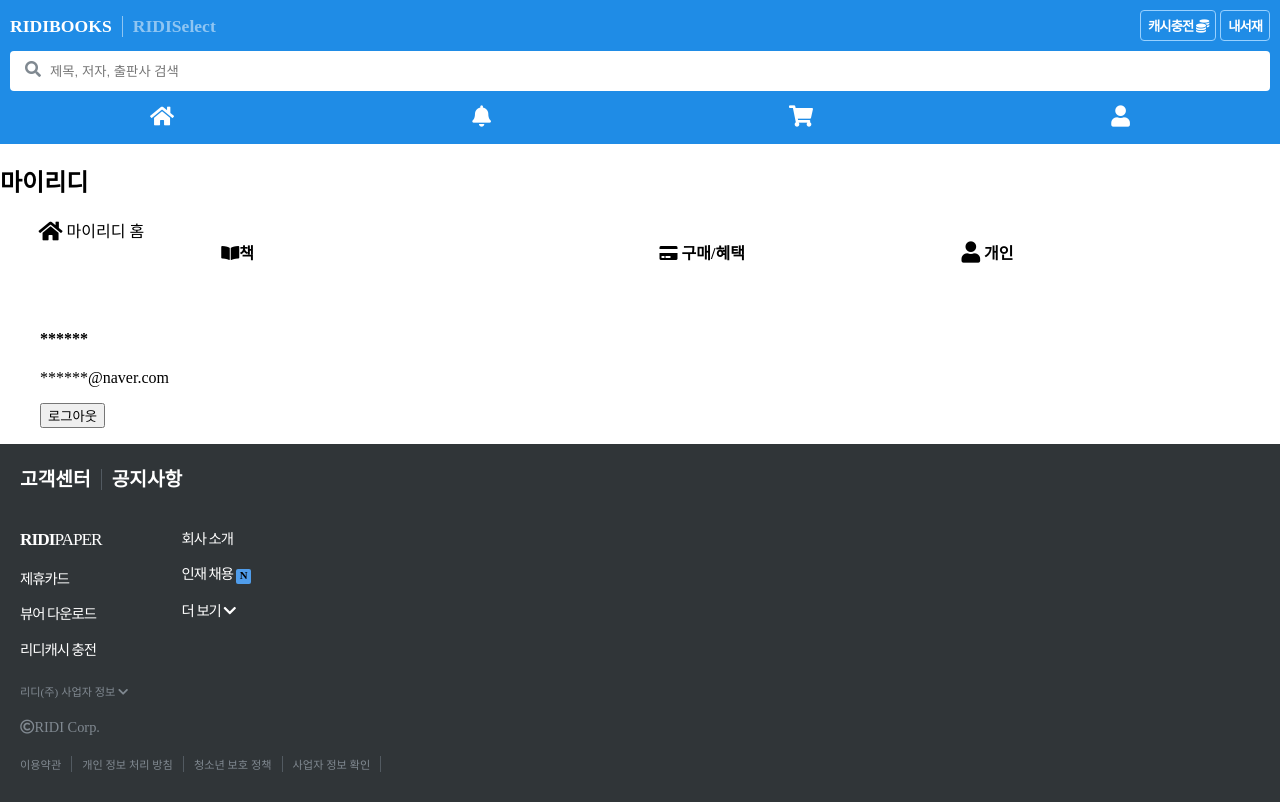
Repository: mega-teamproject/teamproject1
Page: html/myridi.html
An editor plug-in stored every save of this project. The page is shown before and after the next save, followed by the edit.
The browser window is 1280 px wide. The pictures show the whole page.

Above is the page before, as saved 2022-01-04 22:35:39.

### html/myridi.html
<!DOCTYPE html>
<html lang="ko">
  <head>
    <meta charset="UTF-8" />
    <meta http-equiv="X-UA-Compatible" content="IE=edge" />
    <meta name="viewport" content="width=device-width, initial-scale=1.0" />
    <title>마이리디</title>
    <link rel="stylesheet" href="../css/myridi.css" />
    <link
      rel="stylesheet"
      href="https://use.fontawesome.com/releases/v5.15.4/css/all.css"
      integrity="sha384-DyZ88mC6Up2uqS4h/KRgHuoeGwBcD4Ng9SiP4dIRy0EXTlnuz47vAwmeGwVChigm"
      crossorigin="anonymous"
    />
  </head>
  <body>
    <div class="container">
        <div class="header">
          <header>
            <div class="search">
              <a href="index.html"><h1>RIDIBOOKS</h1></a>
              <a href="https://select.ridibooks.com/home"><h1 id="opacity">RIDISelect</h1></a>
            </div>
            <div class="joinLogin">
              <button class="borderBtn btn" onclick="location.href='join1.html'">
                캐시충전
                <i class="fas fa-coins"></i>
              </button>
              <button class="borderBtn btn" onclick="location.href='login.html'">
                내서재
              </button>
            </div>
          </header>
          <div class="relative">
            <input type="text" placeholder="제목, 저자, 출판사 검색" />
            <span><i class="fas fa-search"></i> </span>
          </div>
          <nav>
            <ul>
              <li>
                <a href="index.html"><i class="fas fa-home fa-lg"></i></a>
              </li>
              <li>
                <a href="alarm.html"><i class="fas fa-bell fa-lg"></i></a>
              </li>
              <li>
                <a href="cart.html"><i class="fas fa-shopping-cart fa-lg"></i></a>
              </li>
              <li>
                <a href="myridi.html"><i class="fas fa-user fa-lg"></i></a>
              </li>
            </ul>
          </nav>
        </div>
        <div class="body">
          <div class="sidebar">
            <nav>
              <h2>마이리디</h2>
              <ul>
                <li>
                  <i class="fas fa-home fa-lg"></i>
                  <span> 마이리디 홈</span>
                </li>
                <li>
                  <h4><i class="fas fa-book-open"></i>책</h4>
                  <ul>
                    <li><a href="#"> 선호작품</a></li>
                    <li><a href="#"> 최근 조회한 작품</a></li>
                    <li><a href="#"> 위시리스트</a></li>
                    <li><a href="#"> 독서노트</a></li>
                    <li><a href="#"> 신간알림</a></li>
                    <li></li>
                  </ul>
                </li>
                <li>
                  <h4><i class="fas fa-credit-card"></i> 구매/혜택</h4>
                  <ul>
                    <li><a href="#">결제 내역</a></li>
                    <li><a href="#">리디캐시</a></li>
                    <li><a href="#">리디포인트</a></li>
                    <li><a href="#">쿠폰</a></li>
                  </ul>
                </li>
                <li>
                  <h4><i class="fas fa-user fa-lg"></i> 개인</h4>
                  <ul>
                    <li><a href="#">1:1 문의</a></li>
                    <li><a href="#">내 기기 관리</a></li>
                    <li><a href="#">내 리뷰 관리</a></li>
                    <li><a href="#">정보 변경</a></li>
                  </ul>
                </li>
              </ul>
            </nav>
          </div>
          <div class="section">
            <section>
              <div class="my-ridi">
                <ul>
                  <li>
                    <h4>******</h4>
                    <p>******@naver.com</p>
                    <button>로그아웃</button>
                  </li>
                  <li></li>
                  <li></li>
                  <li></li>
                </ul>
              </div>
                <div class="visited">

                </div>
            </section>
          </div>
        </div>

        <div class="footer">
            <footer>
              <div class="footer-menu1">
                <a href=""><span class="borderR">고객센터</span></a>
                <a href=""><span>공지사항</span></a>
              </div>
              <div class="footer-menu2">
                <div class="footer-wrapper1">
                  <a href="https://paper.ridibooks.com/"><p class="bigFont"><strong>RIDI</strong>PAPER</p></a>
                  <a href="#"><p>제휴카드</p></a>
                  <a href="#"><p>뷰어 다운로드</p></a>
                  <a href="https://ridibooks.com/order/checkout/cash"><p>리디캐시 충전</p></a>
                </div>
                <div class="footer-wrapper2">
                  <a href="https://www.ridicorp.com/"><p>회사 소개</p></a>
                  <a href="https://www.ridicorp.com/career/"><p>인재 채용 <span class="blue-bg">N</span></p></a>
                  <a href="#"><p>더 보기 <i class="fas fa-chevron-down"></i></p></a>
                  <a href="https://help.ridibooks.com/hc/ko/articles/360046896553"><p class="invisible">콘텐츠 제공문의</p></a>
                  <a href="https://cp.ridibooks.com/cp/login"><p class="invisible">CP 사이트</p></a>
                  <a href="mailto:biz@ridi.com"><p class="invisible">사업 제휴 문의</p></a>
                  <a href="https://help.ridibooks.com/hc/ko/articles/360058140713-RIDI-Biz-%ED%98%91%EC%97%85-%EB%AC%B8%EC%9D%98"><p class="invisible">리디셀렉트 B2B</p></a>
                </div>
              </div>
              <div class="footer-info fontColor">
                <a href="#"><p>리디(주) 사업자 정보 <i class="fas fa-chevron-down"></i></p></a>
                <p class="invisible">대표자 배기식 | 사업자 등록번호 120-87-27435</p>
                <p class="invisible">통신판매업 신고번호 제 2009-서울강남 35-02139호</p>
                <p class="invisible">이메일 help@ridi.com | 대표전화 1644-0331</p>
                <p class="invisible">주소 서울시 강남구 역삼동 702-28 어반벤치빌딩 10층(테헤란로 325)</p>
              </div>
              <div class="fontColor copyright"><i class="far fa-copyright"></i>RIDI Corp.</div>
              <div class="footer-terms fontColor">
                <a href="https://policy.ridi.com/legal/terms/"><p class="paddingL">이용약관</p></a>
                <a href="https://policy.ridi.com/legal/privacy/"><p>개인 정보 처리 방침</p></a>
                <a href="https://policy.ridi.com/legal/youth/"><p>청소년 보호 정책</p></a>
                <a href="https://ftc.go.kr/www/bizCommList.do?key=232"><p>사업자 정보 확인</p></a>
              </div>
            </footer>
          </div>
  </body>
</html>

### css/myridi.css
* {
  box-sizing: border-box;
  /* 일반로맨스판타지만화BL hover color #0077D9 */
}

body {
  margin: 0;
}

a {
  text-decoration: none;
}

.header {
  background-color: #1f8ce6;
}

header {
  display: flex;
  justify-content: space-between;
  align-items: center;
}

.search {
  display: flex;
  margin-left: 10px;
}

.search h1 {
  color: white;
  font-size: 1.1em;
  margin-right: 10px;
  margin-bottom: 0;
}

.search h1#opacity {
  opacity: 0.5;
  border-left: 1px solid;
  padding-left: 10px;
}

.joinLogin {
  margin-right: 10px;
  margin-top: 10px;
}

.joinLogin button.btn {
  border-radius: 4px;
  padding: 5px 7px;
  letter-spacing: -1px;
  font-weight: bold;
  cursor: pointer;
}

.joinLogin button.borderBtn {
  background-color: transparent;
  color: white;
  border: 1px solid #99d1ff;
}

.relative input {
  width: 100%;
  height: 40px;
  margin-top: 10px;
  border-radius: 4px;
  border: none;
  padding-left: 40px;
}
.relative input:focus {
  outline: none;
}

.relative {
  position: relative;
  margin: 0 10px;
}

.relative span {
  color: #808991;
  position: absolute;
  top: 20px;
  left: 15px;
}

.header nav {
  padding: 1px;
}

nav ul {
  padding-left: 0;
  display: flex;
  justify-content: space-around;
}

ul li {
  list-style: none;
}

ul li a {
  text-decoration: none;
  color: white;
}

.alarm {
  width: 100%;
  height: 780px;
  margin: 0 auto;
  text-align: center;
  padding-top: 300px;
}

.alarm i {
  color: #eee;
  margin-bottom: 10px;
}

.alarm p {
  color: #808991;
  font-size: 0.9em;
  letter-spacing: -1px;
}

.footer {
  background: #303538;
  color: white;
}

footer a {
  text-decoration: none;
  color: white;
}

footer p.invisible {
  display: none;
}

footer .footer-menu1 {
  display: flex;
  justify-content: left;
  padding: 20px 10px;
  padding-bottom: 0;
}

footer .footer-menu1 a {
  margin: 0 10px;
  font-size: 1.2em;
  font-weight: bold;
}

footer .footer-menu1 a:first-child {
  margin-right: 0;
}

footer .footer-menu1 a span.borderR {
  border-right: 1px solid #525a61;
  padding-right: 10px;
}

footer .footer-menu2 {
  display: flex;
  padding: 20px;
  font-size: 0.9em;
  letter-spacing: -1px;
  padding-bottom: 0;
}

footer .footer-menu2 .footer-wrapper1 {
  margin-right: 40px;
}

footer .footer-menu2 .footer-wrapper1 p.bigFont {
  font-size: 1.2em;
}

footer .footer-menu2 .footer-wrapper2 {
  margin-left: 40px;
}

footer .footer-menu2 .footer-wrapper2 span.blue-bg {
  background-color: #509deb;
  border-radius: 2px;
  display: inline-block;
  width: 15px;
  height: 15px;
  text-align: center;
  color: black;
  font-weight: bold;
  font-size: 0.75em;
}

footer .fontColor {
  color: #808991;
  padding: 10px;
  padding-left: 20px;
}

footer .copyright {
  font-size: 0.9em;
}

footer .fontColor p {
  color: #808991;
  font-size: 0.7em;
  margin: 0;
}

footer .footer-terms {
  display: flex;
  padding-bottom: 30px;
}

footer .footer-terms a p {
  border-right: 1px solid #525a61;
  padding: 0 10px;
}

footer .footer-terms a p.paddingL {
  padding-left: 0;
}

After the next save:
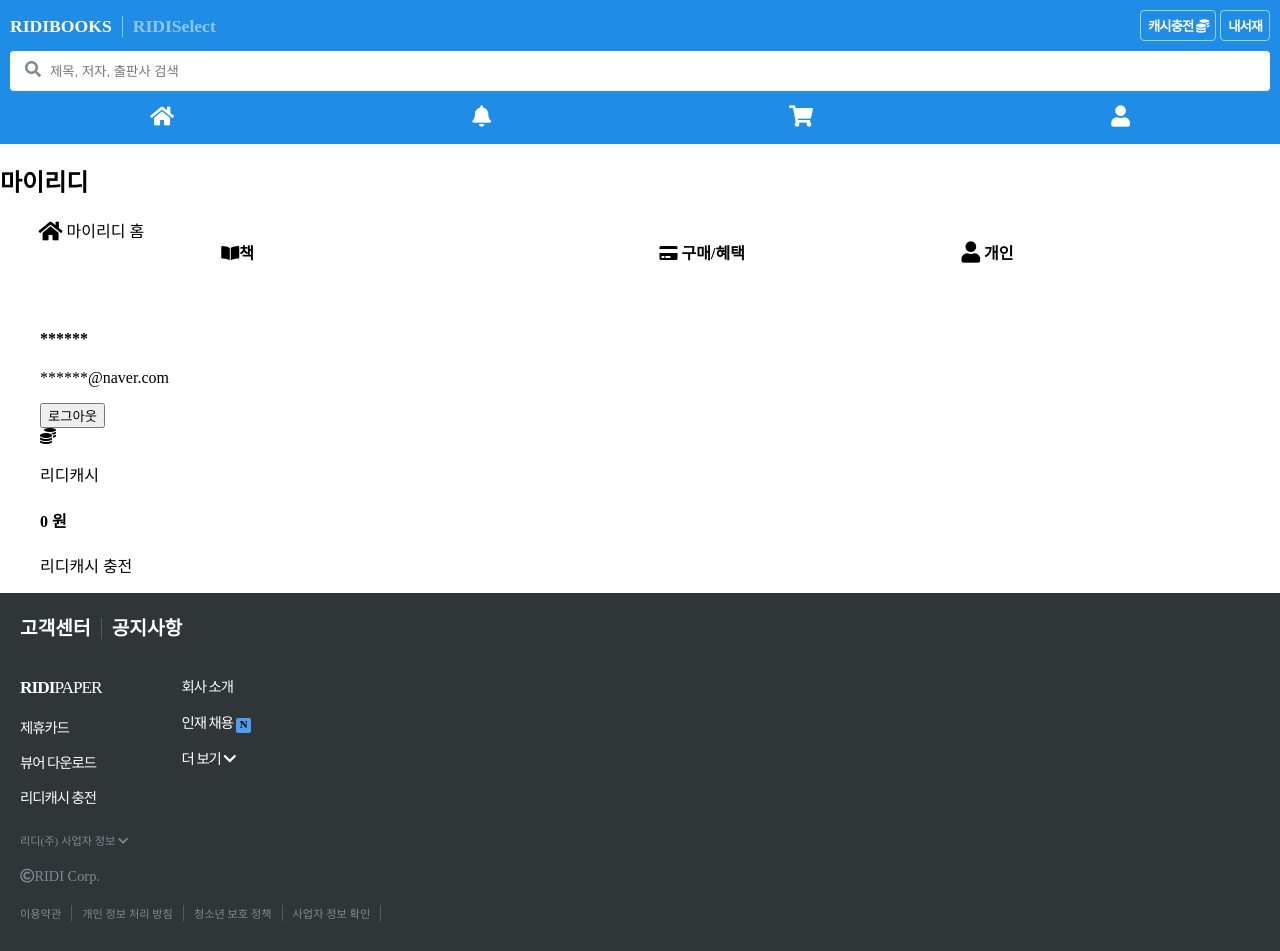
Saved 116 s later.
--- a/html/myridi.html
+++ b/html/myridi.html
@@ -102,7 +102,12 @@
                     <p>******@naver.com</p>
                     <button>로그아웃</button>
                   </li>
-                  <li></li>
+                  <li>
+                    <i class="fas fa-coins"></i>
+                    <p>리디캐시</p>
+                    <h4>0 원</h4>
+                    <p>리디캐시 충전 </p>
+                  </li>
                   <li></li>
                   <li></li>
                 </ul>
